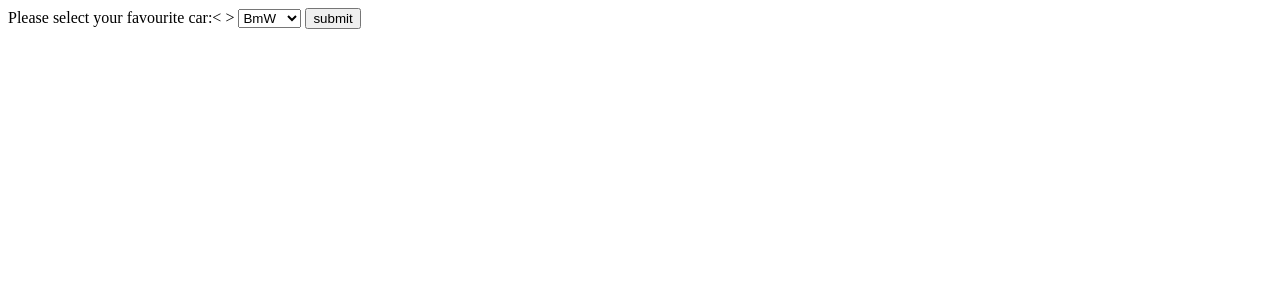
Repository: swapnillimgude/JavaTraining_Brainvire
Page: Jsp_servlet_Mod3/eclipse-workspace-jsp/jsp_Cookies/src/main/webapp/cookies-html-form.html
An editor plug-in stored every save of this project. The page is shown before and after the next save, followed by the edit.
The browser window is 1280 px wide. The pictures show the whole page.

Above is the page before, as saved 2023-09-20 10:49:07.

### Jsp_servlet_Mod3/eclipse-workspace-jsp/jsp_Cookies/src/main/webapp/cookies-html-form.html
<!DOCTYPE html>
<html>
<head>
<meta charset="UTF-8">
<title>Insert title here</title>
</head>
<body>
<form
<h2>Please select your favourite car:</h2><&nbsp>
<select name="Favourite car">
	<option>BmW</option>
	<option>Audi</option>
	<option>Merci</option>
	<option>Suzuki</option>

</select>
<input type="submit" value="submit">

</body>
</html>

After the next save:
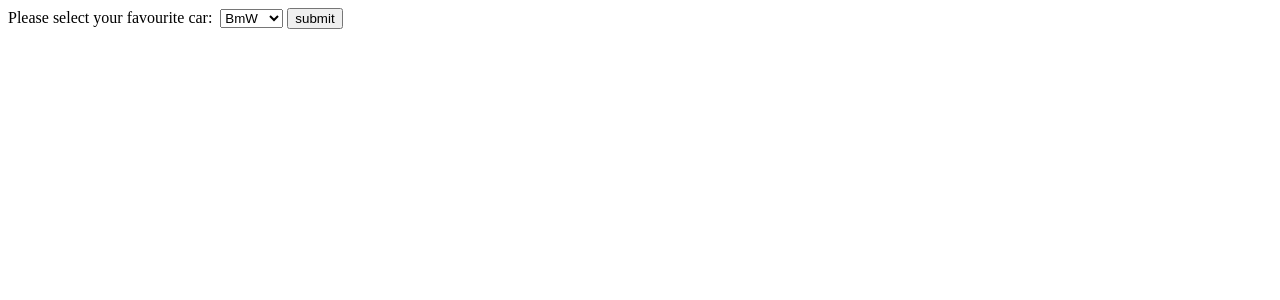
Saved 28 s later.
--- a/Jsp_servlet_Mod3/eclipse-workspace-jsp/jsp_Cookies/src/main/webapp/cookies-html-form.html
+++ b/Jsp_servlet_Mod3/eclipse-workspace-jsp/jsp_Cookies/src/main/webapp/cookies-html-form.html
@@ -6,7 +6,7 @@
 </head>
 <body>
 <form
-<h2>Please select your favourite car:</h2><&nbsp>
+<h2>Please select your favourite car:</h2>&nbsp;
 <select name="Favourite car">
 	<option>BmW</option>
 	<option>Audi</option>
